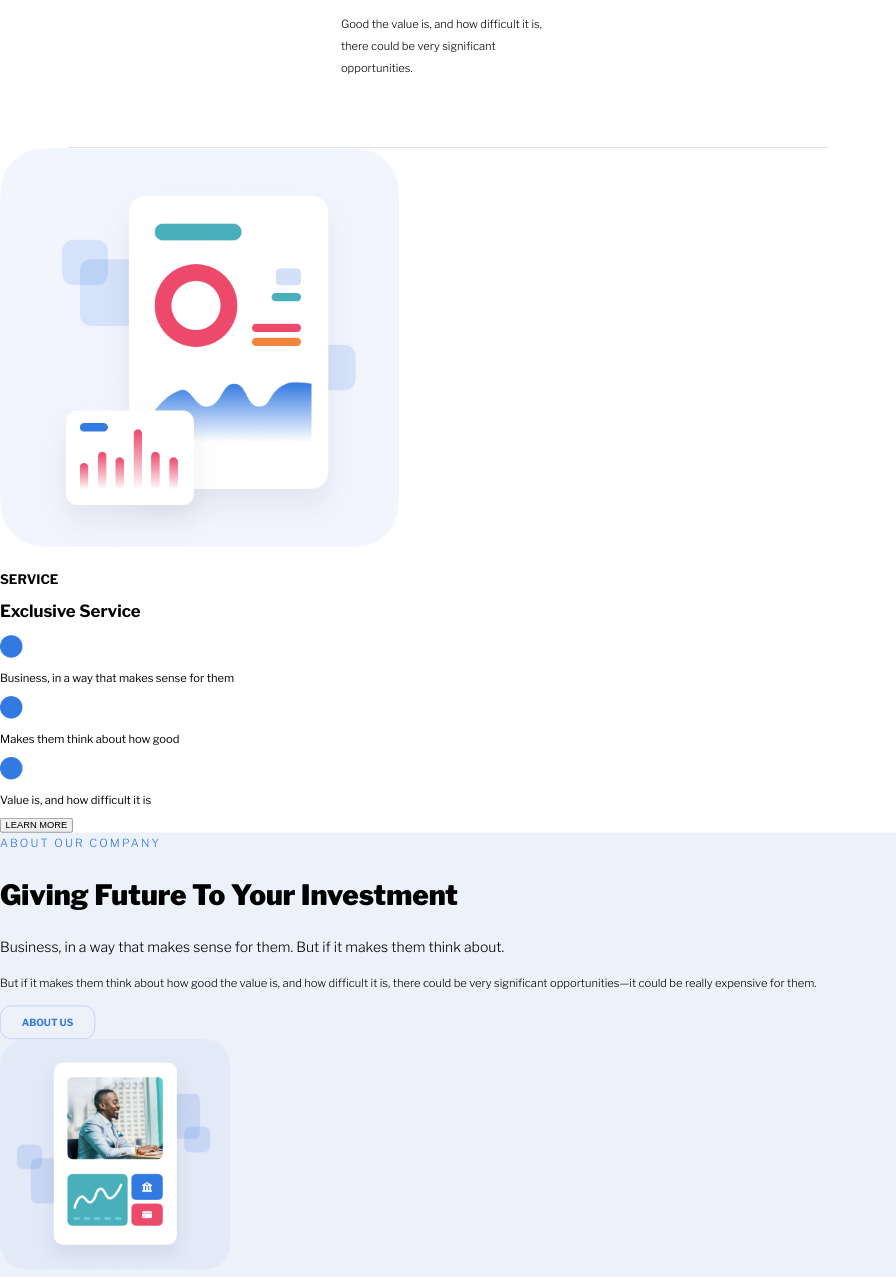
Repository: adryelfelipe/frontend-prova
Page: prova-figma/Prova/index.html
An editor plug-in stored every save of this project. The page is shown before and after the next save, followed by the edit.
The browser window is 1280 px wide. The pictures show the part of the page from y = 1378 to 3298 px (the page is 3203 px tall before and 3298 px after), at 70% of full size.

Above is the page before, as saved 2026-06-22 18:59:10.

### prova-figma/Prova/index.html
<!DOCTYPE html>
<html lang="en">
<head>
    <meta charset="UTF-8">
    <meta name="viewport" content="width=device-width, initial-scale=1.0">
    <link rel="stylesheet" href="style/variaveis.css">
    <link rel="stylesheet" href="./style/style.css">
    <title>Document</title>
</head>
<body>
    <header>
        <h2>MNY</h2>

        <nav>
            <p>About</p>
            <p>Features</p>
            <p>Services</p>
            <p>Pricing</p>
            <p>Blog</p>
        </nav>

        <button>CONTACT</button>

        <img src="./assets/icon/hamburguer.svg" alt="">
    </header>
    <main>
        <section class="hero">
            <article class="hero-first-article">
                <h3 class="subtitle-base hero-subtitle">MAKE MONEY</h3>
                <h1 class="title-base hero-title">Grow Your Money Like Never Before</h1>
                <p class="paragraph hero-paragraph">Business, in a way that makes sense for them. But if it makes them think about how good the value.</p>
                <button class="hero-button">GET STARTED</button>
            </article>
            <article class="hero-second-article">
                <!-- <img class src="assets/img/homem-terno.png" alt=""> -->
            </article>
        </section>

        <section class="service">
            <div class="service-container">
                <article class="service-card">
                    <div class="bg-icon-fly">
                        <img src="./assets/icon/icon1-fly-section2.svg" class="icon-fly" alt="">
                    </div>

                    <h3 class="subtitle-tertiary">Strong Security</h3>
                    <p class="paragraph">Way that makes sense for them. But if it makes them think about how good the value is, and how difficult it is.</p>
                </article>

                <article class="service-card">
                    <div class="bg-icon-backpack">
                        <img src="./assets/icon/icon2-backpack-section2.png" class="icon-backpack" alt="">
                    </div>

                    <h3 class="subtitle-tertiary">Creative Solutions</h3>
                    <p class="paragraph">But if it makes them think about how good the value is, and how difficult it is, there could be very significant.</p>
                </article>

                <article class="service-card">
                    <div class="bg-icon-rocket">
                        <img src="./assets/icon/icon3-rocket-section2.png" class="icon-rocket" alt="">
                    </div>

                    <h3 class="subtitle-tertiary">Free Online</h3>
                    <p class="paragraph">Good the value is, and how difficult it is, there could be very significant opportunities.</p>
                </article>
            </div>

            <div class="service-container-line">

            </div>

            <img src="./assets/img/infos-section2.png" alt="">

            <article>
                <h3>SERVICE</h3>
                <h2>Exclusive Service</h2>

                <div>
                    <img src="./assets/icon/bg-icon4-section2.png" alt="">
                    <img src="./assets/icon/correct-icon-section2.png" alt="">
                    <p>Business, in a way that makes sense for them</p>
                </div>

                <div>
                    <img src="./assets/icon/bg-icon4-section2.png" alt="">
                    <img src="./assets/icon/correct-icon-section2.png" alt="">
                    <p>Makes them think about how good</p>
                </div>

                <div>
                    <img src="./assets/icon/bg-icon4-section2.png" alt="">
                    <img src="./assets/icon/correct-icon-section2.png" alt="">
                    <p>Value is, and how difficult it is</p>
                </div>

                <button>LEARN MORE</button>
            </article>
        </section>
        <section class="our-company">
            <article>
                <h3 class="subtitle-base company-subtitle">ABOUT OUR COMPANY</h3>
                <h2 class="subtitle-secondary">Giving Future To Your Investment</h2>
                <p class="company-paragraph">Business, in a way that makes sense for them. But if it makes them think about.</p>
                <p class="paragraph company-">But if it makes them think about how good the value is, and how difficult it is, there could be very significant opportunities—it could be really expensive for them.</p>
                <button class="company-button">ABOUT US</button>
            </article>
            <article>
                <img src="assets/img/our-company.png" alt="">
            </article>
        </section>
    </main>
</body>
</html>

### prova-figma/Prova/style/variaveis.css
@import url('https://fonts.googleapis.com/css2?family=Libre+Franklin:ital,wght@0,100..900;1,100..900&display=swap');

:root {
    --primary-color: #FFFFFF;
    --header-icon-border-color: rgba(255, 255, 255, 0.3);
    --bg-color: rgba(50, 121, 226, 1);

    --subtitle: rgba(170, 196, 234, 1);

    --normal-line: rgba(213, 214, 225, 1);

    /*Icons Session 2*/
    --bg-icon-fly: rgba(230, 247, 248, 1);
    --bg-icon-backpack: rgba(252, 237, 240, 1);
    --bg-icon-rocket: rgba(253, 243, 230, 1);

    --icon-fly-color: rgba(73, 175, 186, 1);
    --icon-backpack-color: rgba(237, 73, 107, 1);
    --icon-rocket-colot: rgba(241, 134, 59, 1);
}

.title-base{
    font-family: 'Libre Franklin';
    font-weight: 900;
    font-size: 3.5rem;
    line-height: 64px;
    letter-spacing: -1px;
}

.subtitle-base{
    margin: 0;
    font-family: 'Libre Franklin';
    font-weight: 300;
    font-size: 1rem;
    line-height: 32px;
    letter-spacing: 3px;
    text-transform: uppercase;
}

.subtitle-secondary{
    font-family: 'Libre Franklin';
    font-weight: 900;
    font-size: 2.5rem;
    line-height: 48px;
    letter-spacing: 0px;
}

.subtitle-tertiary{
    font-family: Libre Franklin;
    font-weight: 900;
    font-size: 24px;
    line-height: 32px;
    letter-spacing: 0px;
}

.paragraph{
    font-family: 'Libre Franklin';
    font-weight: 300;
    font-size: 1rem;
    line-height: 32px;
    letter-spacing: 0px;
}

### prova-figma/Prova/style/style.css
body{
    font-family:"Libre Franklin";
    margin: 0px;
}

/* HEADER */
header{
    display: flex;
    justify-content: space-around;
    align-items: center;
    background-color: var(--bg-color);
}

header nav{
    display: none;
}

header button{
    display: none;
}

header img {
    border: solid 1px var(--header-icon-border-color);
    border-radius: 16px;
}

header h2 {
    color: var(--primary-color);
}


/* SECTION HERO */
.hero{
    background: linear-gradient(135deg, #3279E2 0%, #CACAEB 100%);
    margin-bottom: 80px;
}

.hero-first-article{
    width: 98%;                     /*OBSERVAÇÃO IMPORTANTE EM QUESTÃO          DO POSICIONAMENTO E FIDELIDADE AO FIGMA*/
    justify-self: center;           /*O POSICIONAMENTO FOI ALTERADO POIS, EMBORA A TIPOGRAFIA TENHA SIDO COPIADA EXTRITAMENTE SEMLHANTE AO FIGMA OS TAMANHOS E POSICIONAMENTOS DA TELA NA RESOLUÇÃO MÍNIMA INDICADA NÃO DARIAM CERTO*/
}

.hero-subtitle{
    color: var(--subtitle);
}

.hero-title{
    color: var(--primary-color);
}

.hero-paragraph{
    color: rgba(255, 255, 255, 0.5);
}

.hero-button{
    background-color: rgba(17, 17, 17, 1);
    color: var(--primary-color);
    padding: 16px 30px;
    font-family: Libre Franklin;
    font-weight: 700;
    font-size: 14px;
    line-height: 100%;
    letter-spacing: 0px;
    text-align: center;
    text-transform: uppercase;
    border: none;
    border-radius: 16px;
}

/* .hero-second-article{
    width: 405px;
    height: 80%;
}

.image{
    object-fit: cover;

} */

/* SECTION SERVICE */
.service-container {
    display: flex;
    flex-direction: column;
    align-items: center;
    gap: 64px;
}

.service-container-line {
    height: 1px;
    background-color: var(--normal-line);
    width: 85vw;
    justify-self: center;
    margin-top: 80px;
}

.service-card {
    display: flex;
    flex-direction: column;
}

.service-card p {
    width: 306px;
}

.bg-icon-fly {
    display: flex;
    justify-content: center;
    align-items: center;
    border-radius: 100px;
    width: 102px;
    height: 102px;
    background-color: var(--bg-icon-fly)
}

.icon-fly {
    height: 2rem;
    width: 3rem;
}

.bg-icon-backpack {
    display: flex;
    justify-content: center;
    align-items: center;
    border-radius: 100px;
    width: 102px;
    height: 102px;
    background-color: var(--bg-icon-backpack)
}

.icon-backpack {
    height: 2,5rem;
    width: 3rem;
}

.bg-icon-rocket {
    display: flex;
    justify-content: center;
    align-items: center;
    border-radius: 100px;
    width: 102px;
    height: 102px;
    background-color: var(--bg-icon-rocket)
}

.icon-rocket {
    height: 3rem;
    width: 3rem;
}

/* SECTION OUR COMPANY */

.our-company{
    background-color: rgba(236, 241, 250, 1);
}

.company-subtitle{
    color: rgba(50, 121, 226, 1);
}

.company-paragraph{
    font-family: Libre Franklin;
    font-weight: 300;
    font-size: 20px;
    line-height: 32px;
    letter-spacing: 0px;
}

.company-button{
    background-color: transparent;
    color: rgba(50, 121, 226, 1);
    padding: 16px 30px;
    font-family: Libre Franklin;
    font-weight: 700;
    font-size: 14px;
    line-height: 100%;
    letter-spacing: 0px;
    text-align: center;
    text-transform: uppercase;
    border: 1px solid rgba(50, 121, 226, 0.3);
    border-radius: 16px;
}

After the next save:
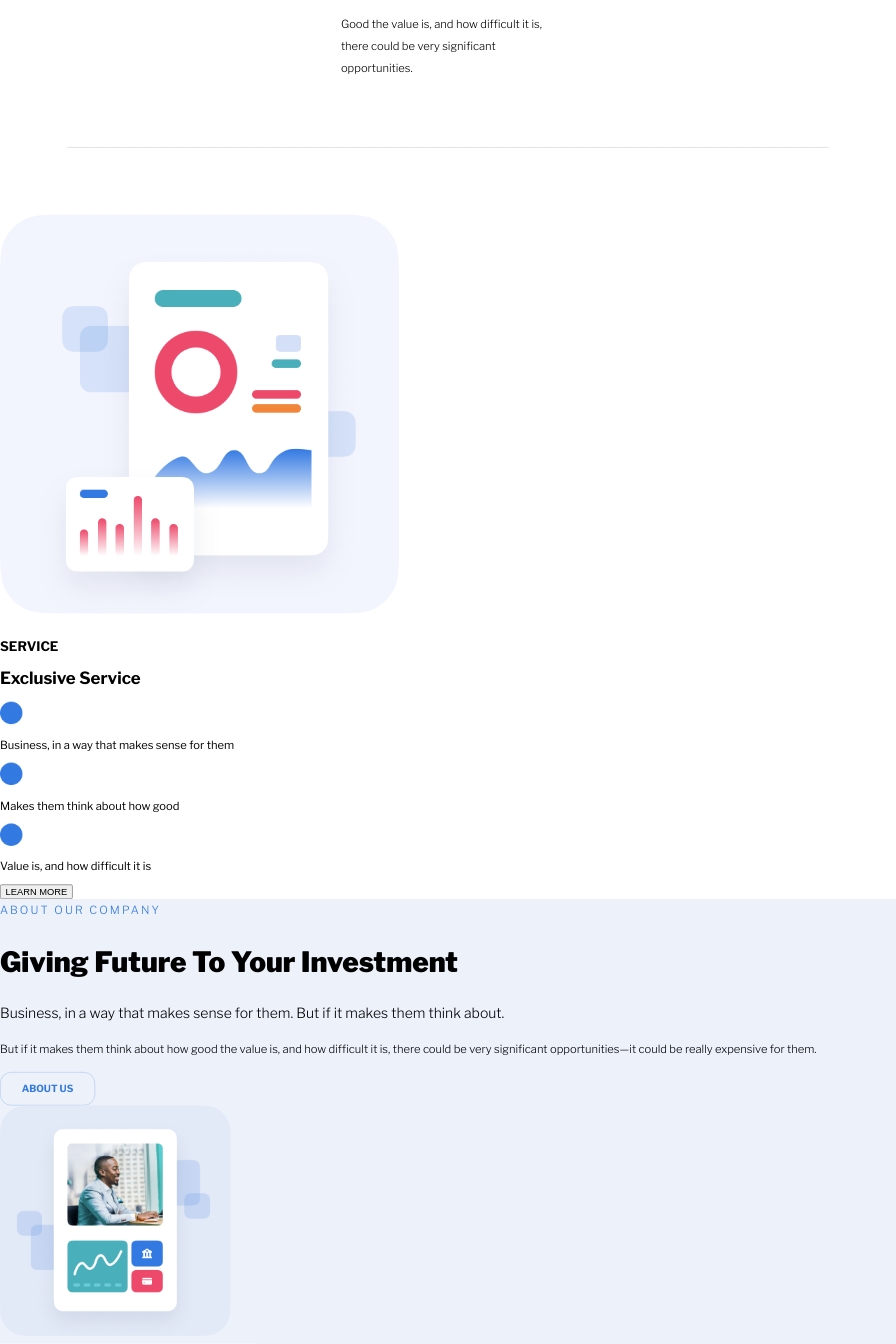
Saved 9 s later.
--- a/prova-figma/Prova/style/style.css
+++ b/prova-figma/Prova/style/style.css
@@ -91,6 +91,7 @@ header h2 {
     width: 85vw;
     justify-self: center;
     margin-top: 80px;
+    margin-bottom: 95px;
 }
 
 .service-card {
